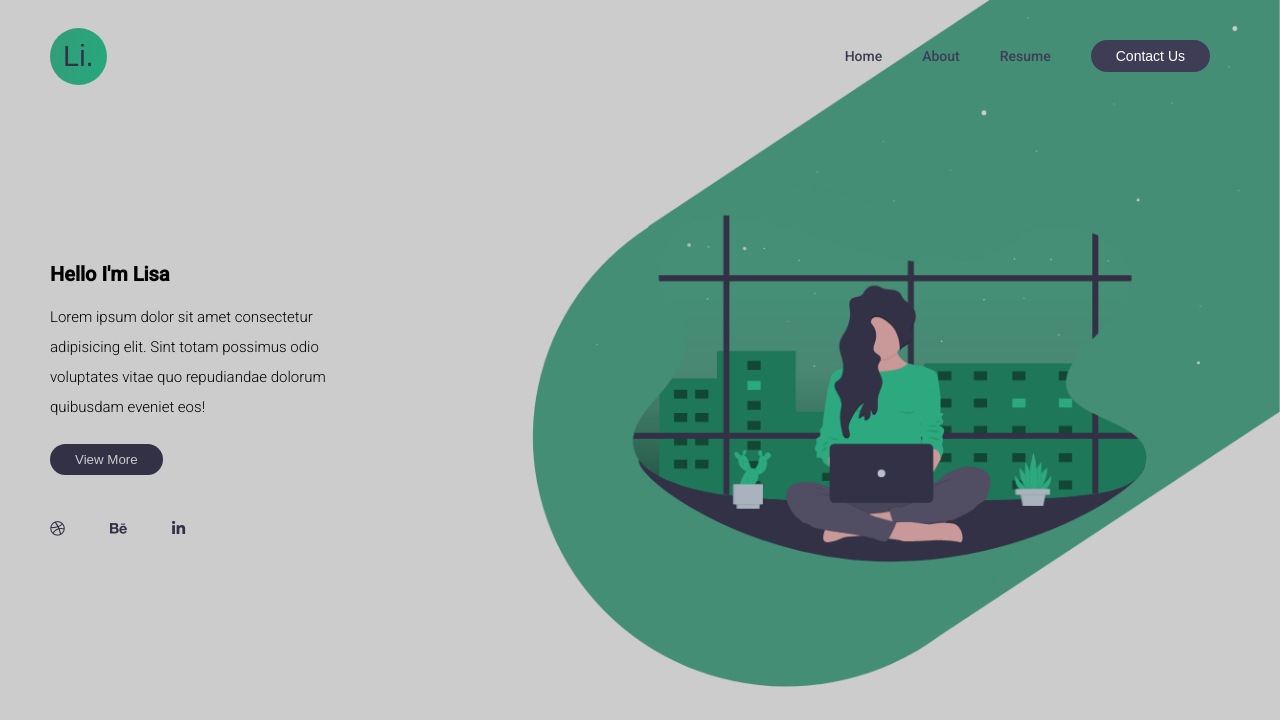
Repository: kebinh1235/porfolio-demo
Page: index.html
An editor plug-in stored every save of this project. The page is shown before and after a run of saves, followed by the edit.
The browser window is 1280 px wide. The pictures show the window.
A layer covers the whole window, so only the first screen is drawn. Some web libraries are served in a nearby version.

Above is the page before, as saved 2021-10-20 17:30:55.

### index.html
<!DOCTYPE html>
<html lang="en">
<head>
  <meta charset="UTF-8">
  <meta http-equiv="X-UA-Compatible" content="IE=edge">
  <meta name="viewport" content="width=device-width, initial-scale=1.0">
  <title>Document</title>
  <!--CSS-->
  <link rel="stylesheet" href="./css/style.css">
</head>
<body>
  <div id="overlay"></div>
  <!-- header -->
  <header>
    <div class="container">
      <nav class="navbar">
        <!-- logo -->
        <div class="navbar__logo">
          <img src="./img/logo.svg" alt="Website logo">
        </div>
        <!-- links -->
        <ul class="navbar__list">
          <li class="navbar__item"><a href="#works" class="navbar__link">Home</a></li>
          <li class="navbar__item"><a href="#things" class="navbar__link">About</a></li>
          <li class="navbar__item"><a href="#works" class="navbar__link">Resume</a></li>
          <!-- <li class="navbar__item"><a href="#" class="navbar__link btn navbar__mobile-active">Contact Us</a></li> -->
          <a href="#footer"><button class="btn navbar__btn">Contact Us</button></a>
        </ul>
        <!-- menu mobile -->
        <div class="navbar__icons">
          <div class="navbar__icon"></div>
        </div>
      </nav>
    </div>
  </header>
  <!-- banner -->
  <section id="banner">
    <div class="container">
      <!-- img -->
      <div class="banner__img">
        <img src="./img/banner-img.png" alt="Of Women">
      </div>
      <!-- heading -->
      <div class="banner__heading">
        <h1>Hello I'm Lisa</h1>
        <p>Lorem ipsum dolor sit amet consectetur adipisicing elit. Sint totam possimus odio voluptates vitae quo repudiandae dolorum quibusdam eveniet eos!</p>
        <a href="#"><button class="btn banner__btn">View More</button></a>
        <div class="banner__social">
          <a href="#"><i class="fab fa-dribbble"></i></a>
          <a href="#"><i class="fab fa-behance"></i></a>
          <a href="#"><i class="fab fa-linkedin-in"></i></a>
        </div>
      </div>
    </div>
  </section>
  <!-- thing to do -->
  <section id="things">
    <div class="container">
      <!-- decoration -->
      <div class="things__dec">
        <img src="./img/things-dec-l.png" alt="">
      </div>
      <div class="things__dec">
        <img src="./img/things-dec-r.png" alt="">
      </div>
      <span>Things To Do</span>
      <!-- item 1 -->
      <div class="things__item">
        <!-- img -->
        <img src="./img/things-item-1.png" alt="Of Women">
        <!-- heading -->
        <div class="things__item-heading">
          <span>Lorem Ipsum</span>
          <p>Lorem ipsum dolor sit, amet consectetur adipisicing elit. Inventore perspiciatis quo quis nulla quasi! Laboriosam sed, facilis inventore ipsa ab et eveniet amet facere ullam!</p>
        </div>
      </div>
      <!-- item 2 -->
      <div class="things__item">
        <!-- img -->
        <img src="./img/things-item-2.png" alt="Of Women">
        <!-- heading -->
        <div class="things__item-heading">
          <span>Lorem Ipsum</span>
          <p>Lorem ipsum dolor sit, amet consectetur adipisicing elit. Inventore perspiciatis quo quis nulla quasi! Laboriosam sed, facilis inventore ipsa ab et eveniet amet facere ullam!</p>
        </div>
      </div>
      <!-- item 3 -->
      <div class="things__item">
        <!-- img -->
        <img src="./img/things-item-3.png" alt="Of Women">
        <!-- heading -->
        <div class="things__item-heading">
          <span>Lorem Ipsum</span>
          <p>Lorem ipsum dolor sit, amet consectetur adipisicing elit. Inventore perspiciatis quo quis nulla quasi! Laboriosam sed, facilis inventore ipsa ab et eveniet amet facere ullam!</p>
        </div>
      </div>

    </div>
  </section>
  <!-- works -->
  <section id="works">
    <div class="container">
      <!-- decoration -->
      <div class="works__dec">
        <img src="./img/work-dec.png" alt="">
      </div>
      <div class="works__dec">
        <img src="./img/work-dec.png" alt="">
      </div>
      <span>Recent Work</span>
      <div class="works__img">
        <div class="works__img--single">
          <img src="./img/work-1.png" alt="">
        </div>
        <div class="works__img--single">
          <img src="./img/work-2.png" alt="">
        </div>
        <div class="works__img--single">
          <img src="./img/work-3.png" alt="">
        </div>
        <div class="works__img--single">
          <img src="./img/work-4.png" alt="">
        </div>
      </div>
      <div class="works__btn">
        <a href="#">
          <button class="btn">View Works</button>
        </a>
      </div>
    </div>
  </section>
  <!-- footer -->
  <footer id="footer">
    <div class="container">
      <!-- dec -->
      <div class="footer__dec">
        <img src="./img/things-dec-l.png" alt="">
      </div>
      <div class="footer__img">
        <img src="./img/footer-img.png" alt="">
      </div>
      <div class="footer__heading">
        <span>Ready to make some amazing?</span>
        <!-- contact -->
        <div class="footer__contacts">
          <a href="tel:0909968292">
            <i class="fas fa-phone-alt"></i>
            <p>0909.96.82.92</p>
          </a>
          <a href="mailto:kebinh1235@gmail.com">
            <i class="fas fa-envelope"></i>
            <p>kebinh1235@gmail.com</p>
          </a>
        </div>
        <div class="banner__social">
          <a href="#"><i class="fab fa-dribbble"></i></a>
          <a href="#"><i class="fab fa-behance"></i></a>
          <a href="#"><i class="fab fa-linkedin-in"></i></a>
        </div>
      </div>
    </div>
  </footer>
  <!--Font awesome-->
  <script src="https://kit.fontawesome.com/5d1e581bbe.js" crossorigin="anonymous"></script>
  <!--JS-->
  <script src="./js/main.js"></script>
</body>
</html>

### css/style.css
@import url('https://fonts.googleapis.com/css2?family=Roboto:wght@300;500&display=swap');
:root {
  --green: #54B192;
  --green-l: #A4CEC0;
  --gray: #3F3D56;
  --white: #fff;
  --smooth: all .3s linear;
}
* {
  margin: 0;
  padding: 0;
  box-sizing: border-box;
  list-style-type: none;
  text-decoration: none;
}
html {
  scroll-behavior: smooth;
  font-size: 62.5%;
}
body {
  font-family: "Roboto", sans-serif;
}
img {
  max-width: 100%;
  width: 100%;
}
#overlay {
  position: fixed;
  inset: 0;
  background: rgb(0,0,0,0.2);
  z-index: 4;
}
.container {
  max-width: 1200px;
  width: 100%;
  margin: 0 auto;
  padding: 0 10px;
}
.btn {
  text-align: center;
  background: var(--gray);
  color: var(--white);
  padding: .8rem 2.5rem;
  border: none;
  border-radius: 100px;
  cursor: pointer;
  transition: var(--smooth);
}
.btn:hover {
  background: var(--green-l);
  transition: var(--smooth);
}
/*header*/
header {
  position: absolute;
  width: 100%;
}
.navbar {
  display: flex;
  justify-content: space-between;
  align-items: center;
  padding: 20px 0;
}
.navbar__logo {
  width: 57px;
  height: 57px;
  object-fit: cover;
}
.navbar__logo img {
  width: 100%;
}
.navbar__list{
  position: fixed;
  top: 0;
  left: 0;
  bottom: 0;
  background: var(--gray);
  width: 60%;
  max-width: 100%;
  transform: translateX(-100%);
  opacity: 0;
  transition: var(--smooth);
  z-index: 10;
}
.navbar__list.navbar__open {
  transform: translateX(0);
  opacity: 1;
}
.navbar__link{
  padding: 20px;
  font-size: 1.4rem;
  display: block;
  color: var(--white);
}
.navbar__link:hover {
  color: var(--green);
  transition: var(--smooth);
}
.navbar__btn{
  font-size: 1.4rem;
  margin: 20px;
  background: var(--green);
}
/*Menu icon*/
.navbar__icons{
  display: flex;
  justify-content: center;
  align-items: center;
  width: 50px;
  height: 50px;
  cursor: pointer;
  transition: var(--smooth);
  z-index: 10;
}
.navbar__icon{
  width: 40px;
  height: 6px;
  border-radius: 5px;
  background: var(--gray);
  position: relative;
  transition: var(--smooth);
}
.navbar__icon:before,
.navbar__icon:after {
  content: '';
  position: absolute;
  width: 40px;
  height: 6px;
  border-radius: 5px;
  background: var(--gray);
  transition: var(--smooth);
}
.navbar__icon:before {
  transform: translateY(-12px)
}
.navbar__icon:after {
  transform: translateY(12px)
}
/* menu icon animation */
.open .navbar__icon {
  transform: translateX(-50px);
  background: transparent;
}
.open .navbar__icon:before {
  transform: rotate(45deg) translate(35px, -35px);
}
.open .navbar__icon:after {
  transform: rotate(-45deg) translate(35px, 35px);
}
@media screen and (min-width: 992px) {
  .navbar__list {
    display: flex;
    justify-content: flex-end;
    align-items: center;
    transform: translateX(0);
    position: initial;
    opacity: 1;
    background: transparent;
  }
  .navbar__link {
    color: var(--gray);
  }
  .navbar__btn {
    background: var(--gray);
  }
  .navbar__icons {
    display: none;
  }
}

/* banner */
#banner {
  position: relative;
  height: 100vh;
  display: flex;
  align-items: center;
}
.banner__img {
  position: absolute;
  top: 0;
  right: 0;
  z-index: -1;
}
.banner__heading {
  max-width: 300px;
  margin: 0 auto;
  text-align: center;
}
.banner__heading h1 {
  font-size: 2rem;
  padding-top: 4em;
  margin-bottom: .8em;
}
.banner__heading p {
  font-weight: 300;
  line-height: 2em;
  margin-bottom: 1.5em;
  font-size: 1.5rem;
}
.banner__social {
  display: flex;
  align-items: center;
  justify-content: space-evenly;
  margin-top: 3em;
  font-size: 1.5rem;
}
.banner__social a {
  color: var(--gray);
  transition: var(--smooth);
}
.banner__social a:hover {
  color: var(--green-l);
}

@media (min-width: 992px) {
    .banner__img {
      width: 60%;
    }
    .banner__heading {
      text-align: initial;
      margin: 0;
      padding-top: 0;
    }
    .banner__social {
      justify-content: flex-start;
    }
    .banner__social a {
      margin-right: 45px;
    }
}

/* thing to do */
#things {
  position: relative;
  overflow-x: hidden;
  margin-top: 15em;
}
#things span {
  font-size: 2rem;
  color: var(--gray);
  text-align: center;
  display: block;
}
.things__dec {
  position: absolute;
  top: 0;
  left: 0;
  transform: translateX(-60%);
  z-index: -1;
}
.things__dec:nth-child(2) {
  position: absolute;
  top: initial;
  left: initial;
  bottom: 10%;
  right: 0;
  transform: translateX(60%);
  z-index: -1;
}
.things__item span {
  display: block;
  text-align: center;
  color: var(--gray);
  margin-bottom: .5em;
  font-size: 2rem;
}
.things__item {
  margin: 3em 0;
}
.things__item img {
  padding-bottom: 4em;
}
.things__item--heading {
  text-align: center;
  color: var(--gray);
}
.things__item-heading p {
  max-width: 300px;
  font-weight: 300;
  line-height: 2em;
  margin: 0 auto;
  padding-top: 1em;
  font-size: 1.4rem;
}

@media (min-width: 992px) {
  .things__item {
    display: flex;
    justify-content: space-between;
    align-items: center;
    margin: 0;
  }
  .things__item img {
    width: 40%;
    padding: 0;
  }
  .things__item--heading {
    width: 45%;
    text-align: initial;
  }
  .things__item span {
    text-align: initial;
  }
  .things__item--heading p {
    max-width: 500px;
    margin: 0;
  }
  .things__item:nth-child(even) img {
    order: 2;
    width: 40%;
    padding-bottom: 0;
  }
  .things__item--heading:nth-child(even) {
    order: 1;
    width: 45%;
    text-align: initial;
  }
}

/* works */
#works {
  position: relative;
  overflow-x: hidden;
  padding-top: 10em;
}
.works__dec {
  position: absolute;
  top: 0;
  left: 0;
  transform: translateX(-60%);
  z-index: -1;
}
.works__dec:nth-child(2) {
  position: absolute;
  top: initial;
  left: initial;
  bottom: 15%;
  right: 0;
  transform: translateX(60%);
  z-index: -1;
}
#works span {
  font-size: 2rem;
  text-align: center;
  display: block;
  color: var(--gray);
}
.works__img--single {
  margin: 2em 0;
}
.works__img--single:nth-child(odd) {
  padding-top: 5em;
}
.works__img--single:nth-child(3) {
  margin-top: -5em;
}
.works__btn {
  text-align: center;
  margin-top: 2em;
}

@media (min-width: 992px) {
  .works__img {
    display: flex;
    justify-content: space-evenly;
    flex-wrap: wrap;
    }
    .works__img--single {
      margin: 0;
    }
    .works__img--single:nth-child(3) {
      margin-top: 0;
    }
    #works span {
      margin-bottom: 2em;
    }
}

/* footer */
#footer {
  position: relative;
  overflow-x: hidden;
  height: 100vh;
  display: flex;
  align-items: center;
}
.footer__dec {
  position: absolute;
  bottom: 0;
  left: 0;
  transform: translateX(-45%);
  z-index: -1;
}
.footer__img{
  position: absolute;
  top: 0;
  right: 0;
  transform: translateX(25%);
  z-index: -1;
}
.footer__heading{
  text-align: center;
  color: var(--gray);
  max-width: 400px;
  margin: 0 auto;
}
.footer__heading span {
  font-size: 2rem;
}
.footer__contacts{
  margin-top: 2em;
  display: flex;
  justify-content: space-evenly;
}
.footer__contacts a {
  color: var(--gray);
  font-size: 1.3rem;
}
@media (min-width: 992px) {
  .footer__img {
    top: -15%;
    right: 0;
    transform: translateX(32%);
    width: 60%;
  }
  .footer__heading {
    text-align: initial;
    margin: 0;
  }
  .footer__contacts {
    display: flex;
    justify-content: space-between;
    align-items: center;
  }
  .footer__contacts a {
    font-size: 1.6rem;
  }
}

### js/main.js
const menu = document.querySelector('.navbar__list');
const menuIcon = document.querySelector('.navbar__icons')

menuIcon.addEventListener('click', () =>{
  menu.classList.toggle('navbar__open');
  menuIcon.classList.toggle('open');
})

After the next 2 saves:
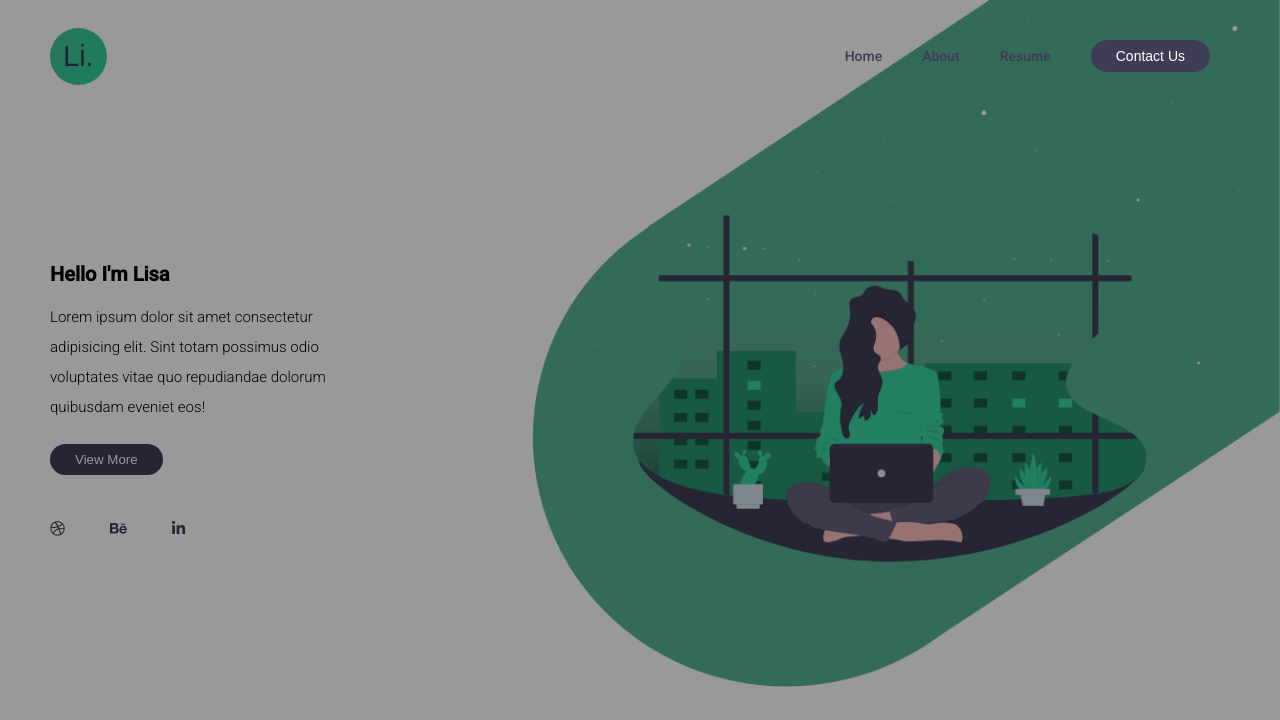
The 2 saves are shown as one change because they came seconds apart.
The last was saved 6 s later.
--- a/css/style.css
+++ b/css/style.css
@@ -27,7 +27,7 @@ img {
 #overlay {
   position: fixed;
   inset: 0;
-  background: rgb(0,0,0,0.2);
+  background: rgb(0,0,0,0.4);
   z-index: 4;
 }
 .container {
